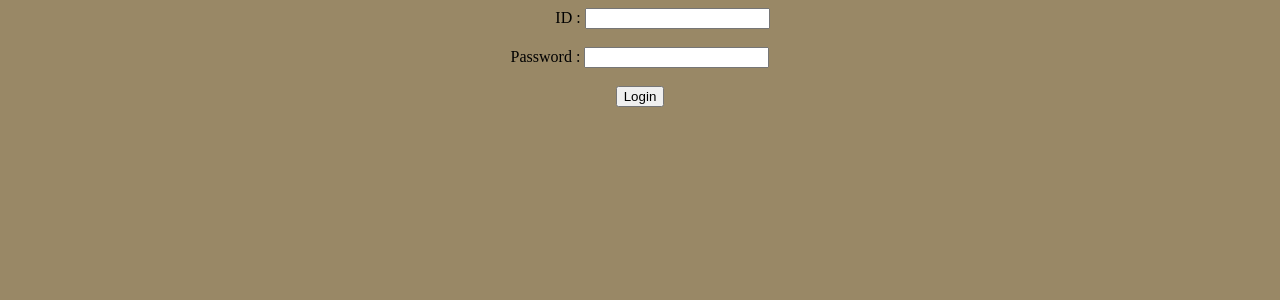
Repository: venkatasanthoshpamuru/Advance_Java_Projects
Page: First_JSP/src/main/webapp/Form.html
These files come from the project's save history. The page is drawn as it stood at one moment and after the next save; the edit follows.
The browser window is 1280 px wide. The pictures show the whole page.

Above is the page before, as saved 2024-03-09 07:48:16.

After the next save:
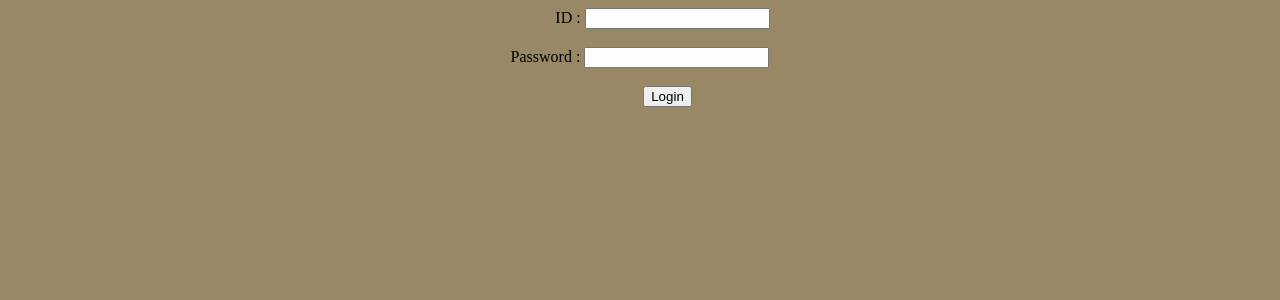
Saved 36 s later.
--- a/First_JSP/src/main/webapp/Form.html
+++ b/First_JSP/src/main/webapp/Form.html
@@ -9,7 +9,7 @@
      <input type="text" name="userid" id="userid" required/><br><br>
      <label>Password : </label>
      <input type="password" name="password" id="password" required/><br><br>
-     <button type="submit">Login</button>
+     <button type="submit" style="margin-left: 55px">Login</button>
     </form>
   </body>
 </html>
